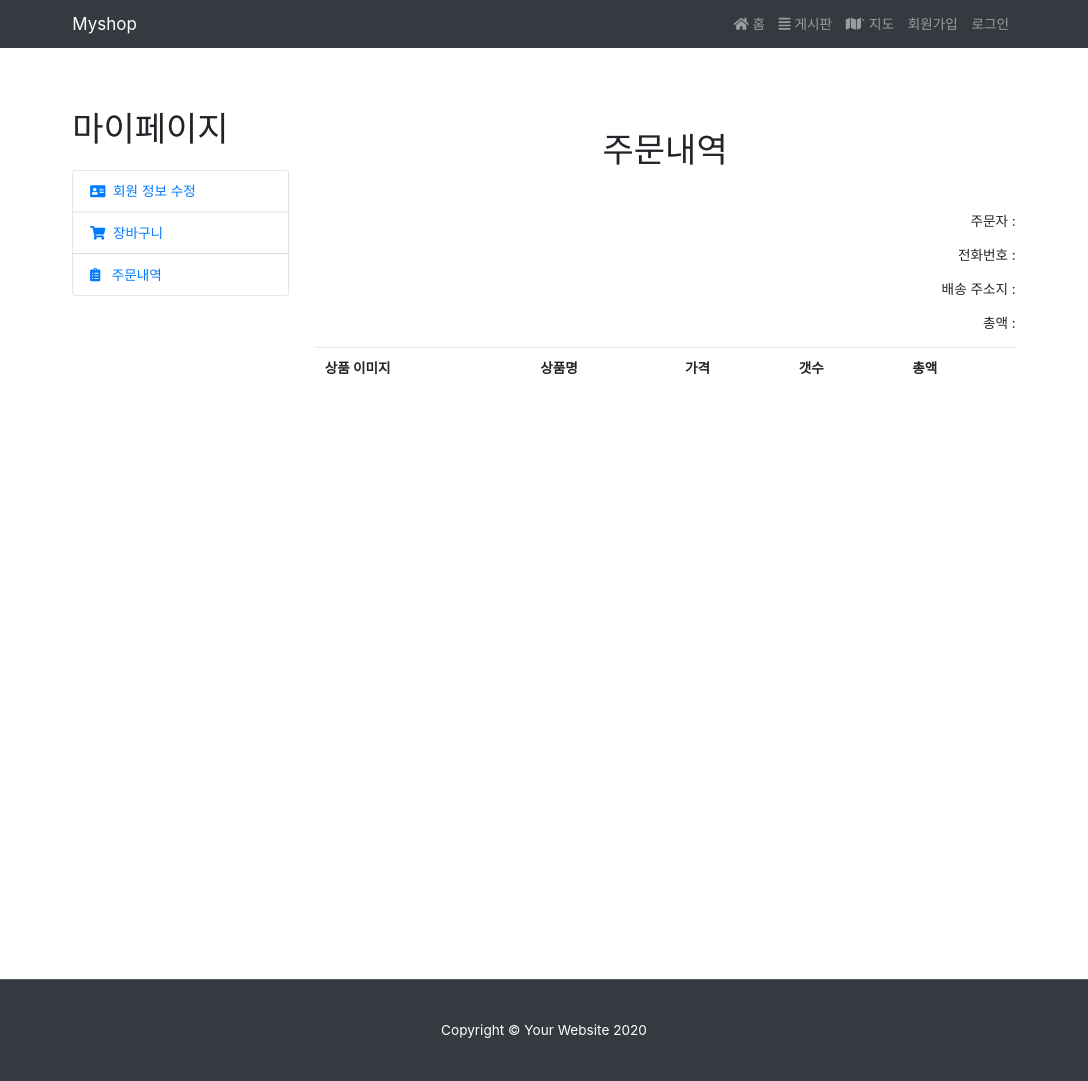
Repository: KimBiYam/ShoppingMallProject
Page: http://localhost/MyShop/WEB-INF/views/product/orderget.jsp
The author's editor kept a copy of each file at every save. The page is drawn from the files as they stood at one save, then again after the next save.
The browser window is 1280 px wide. The pictures show the whole page, at 85% of full size.
Some web libraries are served in a nearby version. The page is served by Tomcat 9. Nobody is signed in. Other server files are loaded and not shown. The template is opened directly, without the code that normally fills it, so the values that code supplies are empty.

Above is the page before, as saved 2020-04-23 11:50:11.

### MyShop/src/main/webapp/WEB-INF/views/product/orderget.jsp
<%@ page language="java" contentType="text/html; charset=UTF-8"
	pageEncoding="UTF-8"%>
<%@taglib prefix="c" uri="http://java.sun.com/jsp/jstl/core"%>
<%@taglib prefix="fmt" uri="http://java.sun.com/jsp/jstl/fmt" %>
<%@taglib prefix="sec" uri="http://www.springframework.org/security/tags"%>
<!DOCTYPE html>
<html lang="en">
<head>
<meta charset="utf-8">
<meta name="viewport"
	content="width=device-width, initial-scale=1, shrink-to-fit=no">
<meta name="description" content="">
<meta name="author" content="">

<title>주문내역</title>
</head>
<body>
	<jsp:include page="../includes/header.jsp" />
	<jsp:include page="../includes/usersidebar.jsp" />
	<div class="col-lg-9">
		<h1 class="my-5 text-center">주문내역</h1>
		<div class="text-right">
		<p>주문자 : ${orderlist[0].userid }</p>
		<p>전화번호 : ${orderlist[0].tel }</p>
		<p>배송 주소지 : ${orderlist[0].addr }</p>
		<p>총액 : ${total }</p>
		</div>
		<table class="table">
			<tr>
				<th>상품 이미지</th>
				<th>상품명</th>
				<th>가격</th>
				<th>갯수</th>
				<th>총액</th>
			</tr>
			<c:forEach items="${orderlist }" var="orderlist">
			<tr>
				<td><img alt="" src="${orderlist.src }" width="100px"></td>
				<td>${orderlist.productname }</td>
				<td>${orderlist.productprice } <i class="fas fa-won-sign"></i></td>
				<td>${orderlist.amount }</td>
				<td>${orderlist.productprice*orderlist.amount } <i class="fas fa-won-sign"></i></td>
			</tr>
			</c:forEach>
		</table>
	</div>
	<!-- /.col-lg-9 -->
	</div>
	<!-- /.row -->
	</div>
	<!-- /.container -->
	<jsp:include page="../includes/footer.jsp"></jsp:include>

<script type="text/javascript">
</script>
</body>

</html>

### MyShop/src/main/webapp/WEB-INF/views/includes/header.jsp
<%@ page language="java" contentType="text/html; charset=UTF-8"
	pageEncoding="UTF-8"%>
<%@taglib prefix="sec"
	uri="http://www.springframework.org/security/tags"%>
<%@taglib prefix="c" uri="http://java.sun.com/jsp/jstl/core"%>
<!DOCTYPE html>
<!-- Bootstrap core CSS -->
<link href="/myshop/resources/vendor/bootstrap/css/bootstrap.min.css"
	rel="stylesheet">
<!-- Custom styles for this template -->
<link href="/myshop/resources/css/shop-homepage.css" rel="stylesheet">
<!-- Bootstrap core JavaScript -->
<script src="/myshop/resources/vendor/jquery/jquery.min.js"></script>
<script
	src="/myshop/resources/vendor/bootstrap/js/bootstrap.bundle.min.js"></script>
<script
	src="https://t1.daumcdn.net/mapjsapi/bundle/postcode/prod/postcode.v2.js"></script>
<script src="/myshop/resources/js/member.js"></script>
<script
	src="https://cdnjs.cloudflare.com/ajax/libs/font-awesome/5.11.2/js/all.min.js"
	crossorigin="anonymous"></script>

<!-- Navigation -->
<nav class="navbar navbar-expand-lg navbar-dark bg-dark fixed-top">
	<div class="container">
		<a class="navbar-brand" href="/myshop">Myshop</a>
		<button class="navbar-toggler" type="button" data-toggle="collapse"
			data-target="#navbarResponsive" aria-controls="navbarResponsive"
			aria-expanded="false" aria-label="Toggle navigation">
			<span class="navbar-toggler-icon"></span>
		</button>
		<div class="collapse navbar-collapse" id="navbarResponsive">
			<ul class="navbar-nav ml-auto">
				<li class="nav-item"><a class="nav-link" href="/myshop"><i
						class="fas fa-home"></i> 홈 </a></li>
				<li class="nav-item"><a class="nav-link"
					href="/myshop/board/list"><i class="fas fa-align-justify"></i>
						게시판</a></li>
				<li class="nav-item"><a class="nav-link" href="/myshop/map"><i
						class="fa fa-map"></i>` 지도</a></li>
				<sec:authorize access="isAnonymous()">
					<li class="nav-item"><a class="nav-link"
						href="javascript:join()">회원가입</a></li>
					<li class="nav-item"><a class="nav-link"
						href="javascript:login()">로그인</a></li>
				</sec:authorize>
				<sec:authorize access="isAuthenticated()">
					<sec:authorize access='hasRole("ROLE_USER")'>
						<li class="nav-item"><a class="nav-link"
							href="/myshop/user/update"><i class="far fa-address-book"></i>
								마이 페이지</a></li>
						<li class="nav-item"><a
							href="/myshop/product/cart?userid=<sec:authentication property="principal.username"/>"
							class="nav-link"><i class="fas fa-shopping-cart"></i> 장바구니</a></li>
						<li class="nav-item"><a class="nav-link"
							href="/myshop/product/order/list?userid=<sec:authentication property="principal.username"/>"><i
								class="fas fa-clipboard-list"></i> 주문 내역</a></li>
					</sec:authorize>
					<sec:authorize access='hasRole("ROLE_ADMIN")'>
						<li class="nav-item"><a class="nav-link"
							href="/myshop/admin/list"><i class="fas fa-address-card"></i>
								회원 관리</a></li>
						<li class="nav-item"><a class="nav-link"
							href="/myshop/product/category/list"><i class="fas fa-tags"></i>
								카테고리 관리</a></li>
						<li class="nav-item"><a class="nav-link"
							href="/myshop/product/order/admin/list"><i
								class="fas fa-clipboard-list"></i> 주문 관리</a></li>
						<li class="nav-item"><a class="nav-link"
							href="/myshop/product/register"><i
								class="fas fa-balance-scale"></i> 상품 등록</a></li>
					</sec:authorize>
					<li class="nav-item">
						<form id="logoutForm" action="/myshop/logout" method="post">
							<input type="hidden" name="${_csrf.parameterName }"
								value="${_csrf.token }">
						</form> <a class="nav-link" href="javascript:logout()">로그아웃</a>
					</li>
				</sec:authorize>
			</ul>
		</div>
	</div>
</nav>
<!-- #joinModal -->
<div class="modal fade" id="joinModal" tabindex="-1" role="dialog"
	aria-labelledby="myModalLabel" aria-hidden="true">
	<div class="modal-dialog">
		<div class="modal-content">
			<div
				class="modal-header justify-content-center font-weight-light my-4">
				<h3 class="modal-title" id="myModalLabel">회원가입</h3>
			</div>
			<div class="modal-body">
				<form id="joinForm" action="/myshop/user/join" method="post">
					<input type="hidden" name="${_csrf.parameterName }"
						value="${_csrf.token }"> <input type="hidden" name="addr"
						id="addr"> <input type="hidden" name="idcheck"
						id="idcheck" value="0">
					<div class="form-group">
						<label class="small mb-1" for="joinid">ID</label>
						<div class="input-group">
							<input class="form-control input-group-prepend joinInput"
								name="userid" id="joinid" type="text" placeholder="아이디를 입력하세요" />
							<button type="button" id="idcheckBtn"
								class="btn btn-outline-info input-group-append">중복체크</button>
						</div>
					</div>
					<div class="form-group">
						<label class="small mb-1" for="joinpw">Password</label> <input
							class="form-control joinInput" name="userpw" id="joinpw"
							type="password" placeholder="패스워드를 입력하세요" />
					</div>
					<div class="form-group">
						<label class="small mb-1" for="userpw">Password 확인</label> <input
							class="form-control joinInput" id="pwdcheck" type="password"
							placeholder="패스워드를 입력하세요" />
					</div>
					<div class="form-group">
						<label class="small mb-1" for="username">이름</label> <input
							class="form-control joinInput" name="username" id="username"
							type="text" placeholder="이름을 입력하세요" />
					</div>
					<div class="form-group">
						<label class="small mb-1" for="tel">휴대전화</label> <input
							class="form-control joinInput" name="tel" id="tel" type="tel"
							maxlength="13" placeholder="전화번호를 입력하세요" />
					</div>
					<div class="form-group">
						<label class="small mb-1" for="email">이메일</label> <input
							class="form-control joinInput" name="email" id="email"
							type="email" placeholder="이메일을 입력하세요" />
					</div>
					<div class="form-group">
						<label class="small mb-1">우편번호</label> <input
							class="form-control joinInput" style="width: 30%" type="text"
							name="zipcode" id="zipcode" readonly="readonly">
					</div>
					<div class="form-group">
						<label class="small mb-1">주소</label>
						<div class="input-group">
							<input class="form-control input-group-prepend joinInput"
								type="text" id="addrView" readonly="readonly">
							<button type="button" id="addrBtn"
								class="btn btn-outline-primary input-group-apeend">주소
								검색</button>
						</div>
					</div>
					<div class="form-group">
						<label class="small mb-1" for="addrDetail">상세주소</label> <input
							class="form-control joinInput" name="addrDetail" id="addrDetail"
							type="text" placeholder="상세주소를 입력하세요" />
					</div>
					<div class="form-group">
						<label class="small mb-1" for="role">관리자 코드</label> <input
							class="form-control joinInput" name="admincode" id="admincode"
							type="text" placeholder="관리자가 되려면 코드를 입력하세요" />
					</div>
					<div class="form-group mt-4 mb-0">
						<button type="button" class="btn btn-primary float-right"
							id="joinBtn">회원가입</button>
					</div>
				</form>
			</div>
		</div>
		<!-- /.modal-content -->
	</div>
	<!-- /.modal-dialog -->
</div>
<!-- /#joinModal -->
<!-- #loginModal -->
<div class="modal fade" id="loginModal" tabindex="-1" role="dialog"
	aria-labelledby="myModalLabel" aria-hidden="true">
	<div class="modal-dialog">
		<div class="modal-content">
			<div
				class="modal-header justify-content-center font-weight-light my-4">
				<h3 class="modal-title" id="myModalLabel">로그인</h3>
			</div>
			<div class="modal-body">
				<form id="loginForm" action="/myshop/login" method="post">
					<input type="hidden" name="${_csrf.parameterName }"
						value="${_csrf.token }">
					<div class="form-group">
						<label class="small mb-1" for="userid">ID</label>
						<div class="input-group">
							<input class="form-control input-group-prepend" name="username"
								id="loginid" type="text" placeholder="아이디를 입력하세요" />
						</div>
					</div>
					<div class="form-group">
						<label class="small mb-1" for="userpw">Password</label> <input
							class="form-control" name="password" id="loginpw" type="password"
							placeholder="패스워드를 입력하세요" />
					</div>
					<div class="form-group">
						<div class="custom-control custom-checkbox">
							<input class="custom-control-input" name="remember-me"
								id="remember-me" type="checkbox" /> <label
								class="custom-control-label" for="remember-me">자동 로그인</label>
						</div>
					</div>
					<div class="form-group mt-4 mb-0">
						<button type="button" class="btn btn-primary float-right" id="loginBtn">로그인</button>
					</div>
				</form>
				<!-- 네이버 로그인 창 -->
				<div id="naver_id_login float-left" style="text-align: center">
					<a class="float-left" href="${url }"> <img width="223" src="/myshop/resources/img/login.PNG" /></a>
				</div>
			</div>
		</div>
		<!-- /.modal-content -->
	</div>
	<!-- /.modal-dialog -->
</div>
<!-- /#loginModal -->

### MyShop/src/main/webapp/WEB-INF/views/includes/usersidebar.jsp
<%@ page language="java" contentType="text/html; charset=UTF-8"
    pageEncoding="UTF-8"%>
<%@taglib prefix="sec" uri="http://www.springframework.org/security/tags" %>
  <!-- Page Content -->
  <div class="container my-5" style="min-height: 1000px">
    <div class="row">
      <div class="col-lg-3">
        <h1 class="my-4">마이페이지</h1>
        <div class="list-group">
          <a href="/myshop/user/update" class="list-group-item"><i class="fas fa-address-card"></i>&nbsp;&nbsp;회원 정보 수정</a>
          <a href="/myshop/product/cart?userid=<sec:authentication property="principal.username"/>" class="list-group-item"><i class="fas fa-shopping-cart"></i>&nbsp;&nbsp;장바구니</a>
          <a href="/myshop/product/order/list?userid=<sec:authentication property="principal.username"/>" class="list-group-item"><i class="fas fa-clipboard-list"></i>&nbsp;&nbsp;&nbsp;주문내역</a>
        </div>
      </div>
      <!-- /.col-lg-3 -->

### MyShop/src/main/webapp/WEB-INF/views/includes/footer.jsp
<%@ page language="java" contentType="text/html; charset=UTF-8"
    pageEncoding="UTF-8"%>
<!DOCTYPE html>
  <!-- Footer -->
  <footer class="py-5 bg-dark">
    <div class="container">
      <p class="m-0 text-center text-white">Copyright &copy; Your Website 2020</p>
    </div>
    <!-- /.container -->
  </footer>

### MyShop/src/main/webapp/resources/js/member.js
//회원가입 폼
function join() {
	$(".joinInput").val("");
	$("#joinModal").modal("show");
	$("#joinid").removeAttr("readonly");
	$("#idcheck").val("0");
}
//로그인 폼
function login() {
	$("#loginid").val("");
	$("#loginpw").val("");
	$("#loginModal").modal("show");
}
//로그아웃 버튼
function logout(){
	alert("로그아웃 되었습니다");
	$("#logoutForm").submit();
}

$(function() {
//	이메일 정규식
var regemail=/^[-A-Za-z0-9_]+[-A-Za-z0-9_.]*[@]{1}[-A-Za-z0-9_]+[-A-Za-z0-9_.]*[.]{1}[A-Za-z]{1,5}$/;
var regtel = /^(01[016789]{1}|02|0[3-9]{1}[0-9]{1})-?[0-9]{3,4}-?[0-9]{4}$/;

//	아이디 한글 입력 방지
	$("#joinid").on("blur keyup",function(){
		$(this).val($(this).val().replace(/[ㄱ-ㅎ|ㅏ-ㅣ|가-힣]/g,''));
	})
	$("#loginid").on("blur keyup",function(){
		$(this).val($(this).val().replace(/[ㄱ-ㅎ|ㅏ-ㅣ|가-힣]/g,''));
	})
//	전화번호 자동 하이픈
	$('#tel').keydown(function(event) {
	    var key = event.charCode || event.keyCode || 0;
	    $text = $(this);
	    if (key !== 8 && key !== 9) {
	        if ($text.val().length === 3) {
	            $text.val($text.val() + '-');
	        }
	        if ($text.val().length === 8) {
	            $text.val($text.val() + '-');
	        }
	    }

	    return (key == 8 || key == 9 || key == 46 || (key >= 48 && key <= 57) || (key >= 96 && key <= 105));
	});

//	이름 한글만 입력
	$("#username").on("blur keyup",function(){
		$(this).val($(this).val().replace(/[a-z0-9]|[ \[\]{}()<>?|`~!@#$%^&*-_+=,.;:\"'\\]/g,''));
	})

	// 회원가입
	$("#joinBtn").on("click", function() {
		if ($("#joinnid").val() == "") {
			alert("아이디를 입력하세요");
			$("#joinnid").focus();
			return false;
		}
		if ($("#joinpw").val() == "") {
			alert("패스워드를 입력하세요");
			$("#joinpw").focus();
			return false;
		}
		if ($("#pwdcheck").val() == "") {
			alert("패스워드 확인을 입력하세요");
			$("#pwdcheck").focus();
			return false;
		}
		if ($("#username").val() == "") {
			alert("이름을 입력하세요");
			$("#username").focus();
			return false;
		}
		if ($("#tel").val() == "") {
			alert("전화번호를 입력하세요");
			$("#tel").focus();
			return false;
		}
		if ($("#email").val() == "") {
			alert("이메일을 입력하세요");
			$("#email").focus();
			return false;
		}
		if ($("#addrView").val() == "") {
			alert("주소를 검색하세요");
			return false;
		}
		if ($("#addrDetail").val() == "") {
			alert("상세주소를 입력하세요");
			$("#addrDetail").focus();
			return false;
		}

		if ($("#idcheck").val() == "0") {
			alert("아이디 중복체크를 하세요");
			return false;
		}
		if ($("#joinpw").val() != $("#pwdcheck").val()) {
			alert("패스워드가 틀렸습니다");
			$("#joinpw").val("");
			$("#pwdcheck").val("");
			$("#joinpw").focus();
			return false;
		}
		if(!regtel.exec($("#tel").val())){
			alert("전화번호 양식이 틀렸습니다");
			$("#tel").val("");
			$("#tel").focus();
			return false;
		}
		if(!regemail.exec($("#email").val())){
			alert("이메일 양식이 틀렸습니다");
			$("#email").val("");
			$("#email").focus();
			return false;
		}

		var addr = $("#addrView").val() + " " + $("#addrDetail").val();
		$("#addr").val(addr);

		$("#joinForm").submit();
		alert("회원가입이 완료 되었습니다!");
	});

	$("#idcheckBtn").click(function() {
		if ($("#joinid").val() == "") {
			alert("ID를 입력해주세요");
			$("#registerid").focus();
			return false;
		}
		if ($("#idcheck").val() == "1") {
			$("#joinid").removeAttr("readonly");
			$("#joinid").val("");
			$("#idcheck").val("0");
			return false;
		}
		$.get("/myshop/user/idcheck", {
			"userid" : $("#joinid").val()
		}, function(data) {
			if (data == "no"){
				alert("이미 가입된 아이디 입니다");
				$("#joinid").val("");
				$("#joinid").focus();
			}
			if (data == "yes") {
				alert("사용 가능한 아이디 입니다");
				$("#joinid").attr("readonly", "readonly");
				$("#idcheck").val("1");
			}


		})
	});

	// 카카오 주소 API 팝업
	$("#addrBtn").on(
			"click",
			function() {
				new daum.Postcode(
						{
							oncomplete : function(data) {
								// 팝업에서 검색결과 항목을 클릭했을때 실행할 코드를 작성하는 부분.

								// 각 주소의 노출 규칙에 따라 주소를 조합한다.
								// 내려오는 변수가 값이 없는 경우엔 공백('')값을 가지므로, 이를 참고하여 분기
								// 한다.
								var addr = ''; // 주소 변수
								var extraAddr = ''; // 참고항목 변수

								// 사용자가 선택한 주소 타입에 따라 해당 주소 값을 가져온다.
								if (data.userSelectedType === 'R') { // 사용자가
																		// 도로명
																		// 주소를
																		// 선택했을
																		// 경우
									addr = data.roadAddress;
								} else { // 사용자가 지번 주소를 선택했을 경우(J)
									addr = data.jibunAddress;
								}

								// 사용자가 선택한 주소가 도로명 타입일때 참고항목을 조합한다.
								if (data.userSelectedType === 'R') {
									// 법정동명이 있을 경우 추가한다. (법정리는 제외)
									// 법정동의 경우 마지막 문자가 "동/로/가"로 끝난다.
									if (data.bname !== ''
											&& /[동|로|가]$/g.test(data.bname)) {
										extraAddr += data.bname;
									}
									// 건물명이 있고, 공동주택일 경우 추가한다.
									if (data.buildingName !== ''
											&& data.apartment === 'Y') {
										extraAddr += (extraAddr !== '' ? ', '
												+ data.buildingName
												: data.buildingName);
									}
									// 표시할 참고항목이 있을 경우, 괄호까지 추가한 최종 문자열을 만든다.
									if (extraAddr !== '') {
										extraAddr = ' (' + extraAddr + ')';
									}
									// 조합된 참고항목을 해당 필드에 넣는다.
									// document.getElementById("sample6_extraAddress").value
									// = extraAddr;

								} else {
									// document.getElementById("sample6_extraAddress").value
									// = '';
								}

								// 우편번호와 주소 정보를 해당 필드에 넣는다.
								$("#zipcode").val(data.zonecode);
								$("#addrView").val(addr);
								// 커서를 상세주소 필드로 이동한다.
								$("#addrDetail").focus();
							}
						}).open();
			});

	// 로그인
	$("#loginBtn").on("click", function() {
		if ($("#loginid").val() == "") {
			alert("아이디를 입력하세요");
			$("#loginid").focus();
			return false;
		}
		if ($("#loginpw").val() == "") {
			alert("패스워드를 입력하세요");
			$("#loginpw").focus();
			return false;
		}
		$("#loginForm").submit();
	});

})

Loaded but not shown: MyShop/src/main/webapp/resources/css/shop-homepage.css (common file)

After the next save:
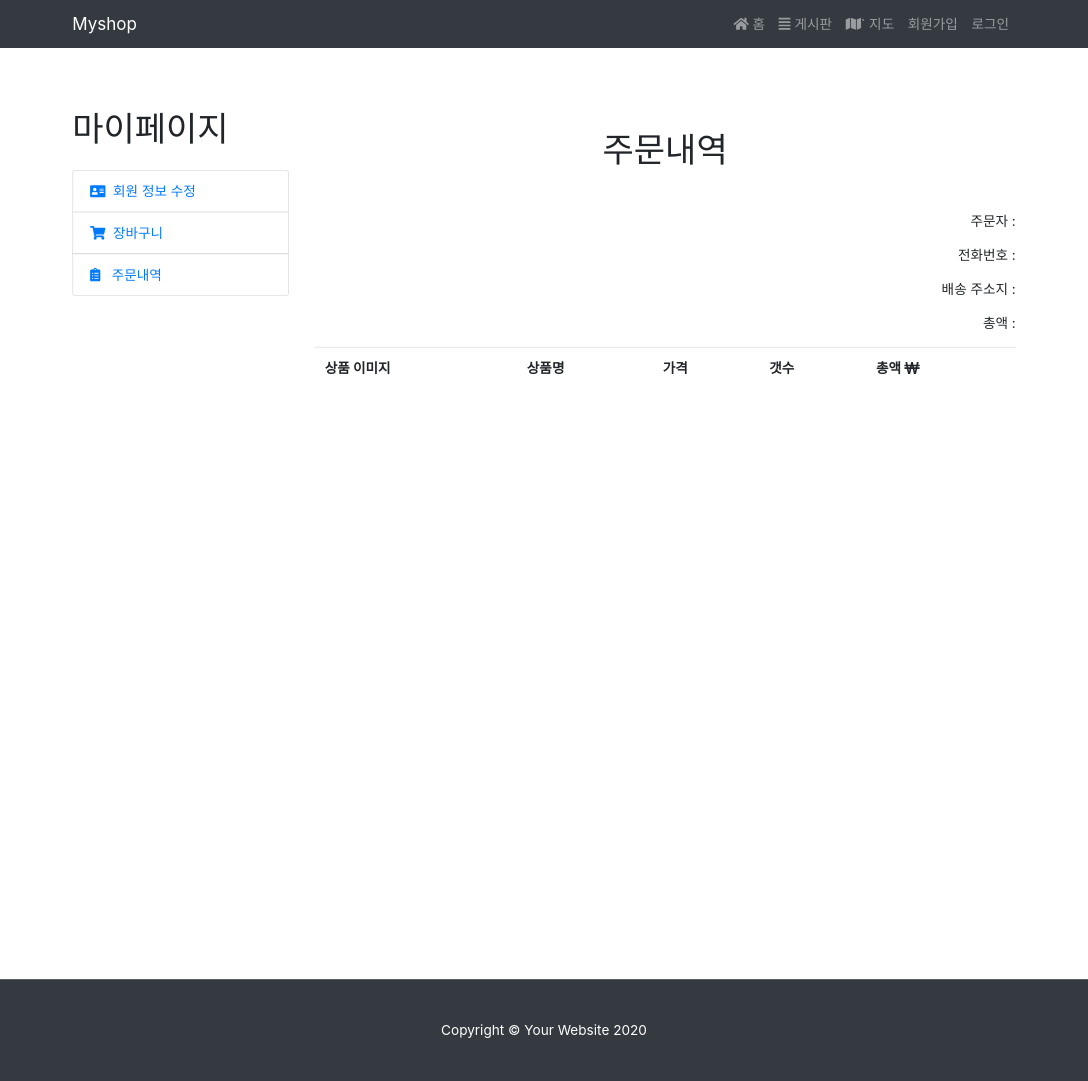
Saved 2 min 1 s later.
--- a/MyShop/src/main/webapp/WEB-INF/views/product/orderget.jsp
+++ b/MyShop/src/main/webapp/WEB-INF/views/product/orderget.jsp
@@ -31,7 +31,7 @@
 				<th>상품명</th>
 				<th>가격</th>
 				<th>갯수</th>
-				<th>총액</th>
+				<th>총액 <i class="fas fa-won-sign"></i></th>
 			</tr>
 			<c:forEach items="${orderlist }" var="orderlist">
 			<tr>

After the save that followed:
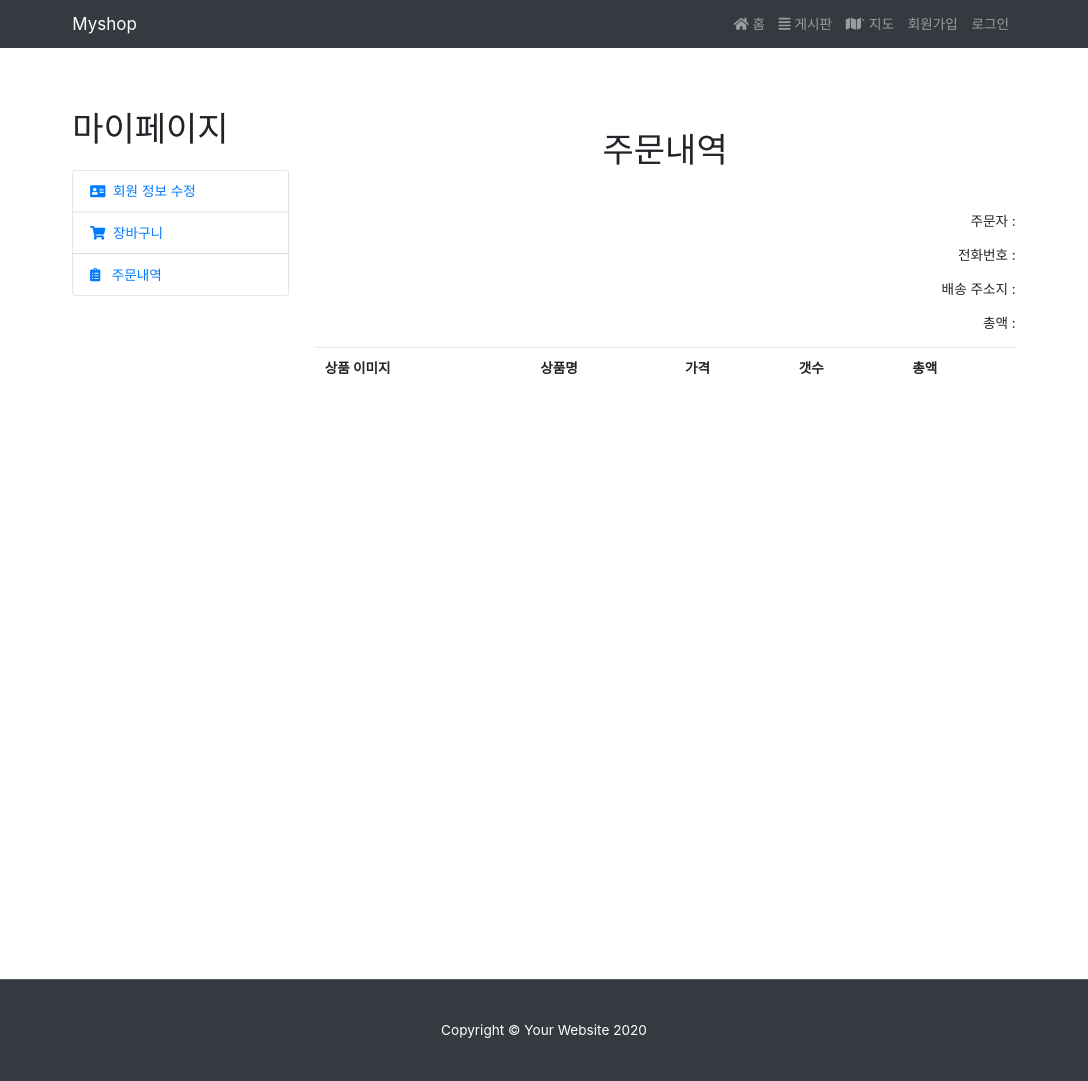
Saved 27 s later.
--- a/MyShop/src/main/webapp/WEB-INF/views/product/orderget.jsp
+++ b/MyShop/src/main/webapp/WEB-INF/views/product/orderget.jsp
@@ -31,7 +31,7 @@
 				<th>상품명</th>
 				<th>가격</th>
 				<th>갯수</th>
-				<th>총액 <i class="fas fa-won-sign"></i></th>
+				<th>총액</th>
 			</tr>
 			<c:forEach items="${orderlist }" var="orderlist">
 			<tr>
